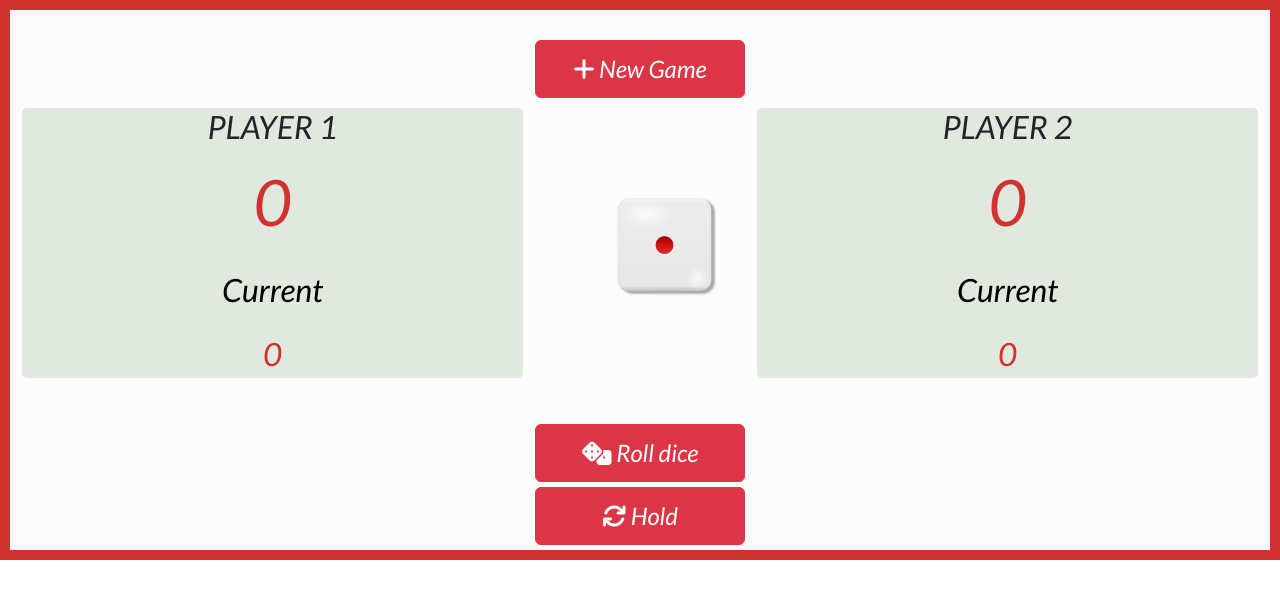
Repository: haifabilel/Eval_JAVASCRIPT
Page: index.html
These files come from the project's save history. The page is drawn as it stood at one moment and after the next save; the edit follows.
The browser window is 1280 px wide. The pictures show the whole page.
Some web libraries are served in a nearby version.

Above is the page before, as saved 2023-06-05 18:02:33.

### index.html
<!DOCTYPE html>
<html lang="fr">
<head>
    <meta charset="UTF-8">
    <meta http-equiv="X-UA-Compatible" content="IE=edge">
    <meta name="viewport" content="width=device-width, initial-scale=1.0">
    <title>GameEval</title>
    <!-- Bootstrap -->
    <link href="https://cdn.jsdelivr.net/npm/bootstrap@5.3.0-alpha3/dist/css/bootstrap.min.css" rel="stylesheet" integrity="sha384-KK94CHFLLe+nY2dmCWGMq91rCGa5gtU4mk92HdvYe+M/SXH301p5ILy+dN9+nJOZ" crossorigin="anonymous">
    <!-- Bootstrap icons CSS -->
    <link rel="stylesheet" href="https://cdn.jsdelivr.net/npm/bootstrap-icons@1.6.1/font/bootstrap-icons.css">
    <!-- font awesome cdn link-->
    <link rel="stylesheet" href="https://cdnjs.cloudflare.com/ajax/libs/font-awesome/6.3.0/css/all.min.css" integrity="sha512-SzlrxWUlpfuzQ+pcUCosxcglQRNAq/DZjVsC0lE40xsADsfeQoEypE+enwcOiGjk/bSuGGKHEyjSoQ1zVisanQ==" crossorigin="anonymous" referrerpolicy="no-referrer">
    <!-- CSS Link -->
    <link rel="stylesheet" href="style.css">
</head>
<body>
    <div class="container-fluid" >
     <header>
         <button class="btn btn_newGame btn-danger"><i class="fa-solid fa-plus"></i> New Game</button>
    </header>
    <main>
        <div class="row">
            <!-- Player One  -->
            <div class="col-xm-12 col-md-5 mx-auto " >
                <section class="player player_0 player_active">
                    <h2 class="label" id="label_0">PLAYER 1</h2>
                    <p class="score" id="score_0" >0</p>
                    <div class="current">
                        <p class="current_label">Current</p>
                        <p class="current_score" id="current_0">0</p>
                    </div>
                </section>
            </div>
            <!-- Dice image -->
            <div class="col-xm-12 col-md-2 mx-auto">
                <img src="/asset/dice1.png" alt="imageDice" class="dice img-fluid" style="width: 100px;">
            </div>
             <!-- Player Tow  -->
             <div class="col-xm-12 col-md-5 mx-auto ">
                <section class="player player_1">
                    <h2 class="label" id="label_1">PLAYER 2</h2>
                    <p class="score" id="score_1">0</p>
                    <div class="current">
                        <p class="current_label">Current</p>
                        <p class="current_score" id="current_1">0</p>
                    </div>
                </section>
             </div>
        </div>
    </main>
    <!-- Button RollDice -->
    <div class="button_roll">
        <button class="btn btn_roll btn-danger"><i class="fa-solid fa-dice"></i> Roll dice</button>
    </div>
    <div class="button_hold">
        <button class="btn btn_hold btn-danger"><i class="fa-solid fa-arrows-rotate"></i> Hold</button>
    </div>
    </div>


    <script src="https://code.jquery.com/jquery-3.5.1.slim.min.js" integrity="sha384-DfXdz2htPH0lsSSs5nCTpuj/zy4C+OGpamoFVy38MVBnE+IbbVYUew+OrCXaRkfj" crossorigin="anonymous"></script>
    <script src="https://cdn.jsdelivr.net/npm/popper.js@1.16.0/dist/umd/popper.min.js" integrity="sha384-Q6E9RHvbIyZFJoft+2mJbHaEWldlvI9IOYy5n3zV9zzTtmI3UksdQRVvoxMfooAo" crossorigin="anonymous"></script>
    <script src="https://cdn.jsdelivr.net/npm/bootstrap@5.3.0-alpha3/dist/js/bootstrap.bundle.min.js" integrity="sha384-ENjdO4Dr2bkBIFxQpeoTz1HIcje39Wm4jDKdf19U8gI4ddQ3GYNS7NTKfAdVQSZe" crossorigin="anonymous"></script>
    <script src="script.js"></script>
</body>
</html>

### style.css
@import url('https://fonts.googleapis.com/css2?family=Lato:ital,wght@1,300;1,400;1,700&display=swap');
*{
    font-family: Lato;
}
.container-fluid{
    box-shadow:0.5rem 1 rem rgba(0,0,0,.5);
    background-color: #fdfcfc;
    width:100%;
    height: 100%;
    border: 10px solid  #d13131;

}
.row{
    margin-top:80px;
}
/* Playerss */
.player_0 , .player_1{
    background-color:#a3c09e51;
    text-align:center;
    border-radius:5px;
    margin-top:-70px;

}

/* Current */
.current{

    width:30%;
    font-size:1.5rem;
    border-radius:5%;
    text-align:center;
    margin-left :35%;
    color:black;
    font-size:2rem;
}
/* Scors */
.score{
    color:#d13131;
    font-size:4rem;
}
.current_score{
    color:#d13131;
    font-size:2rem;
}
/* Buttons */
.btn_roll{
    margin-left:41.5%;
    margin-top:30px;
    width:17%;
    font-size:1.5rem;
    padding:10px;

}
.btn_hold{
    padding:10px;
    margin-left:41.5%;
    margin-top:5px;
    margin-bottom:5px;
    width:17%;
    font-size:1.5rem;
}
.btn_newGame{
    margin-top:30px;
    padding: 10px;
    margin-left:41.5%;
    width:17%;
    font-size:1.5rem;
}
.btn_hold:hover{
    transform:scale(1.1);
    background-color:darkred;
}
.btn_roll:hover{
    transform:scale(1.1);
    background-color:darkred;
}
.btn_newGame:hover{
    transform:scale(1.1);
    background-color:darkred;
}

/* Image Dice */
img{
    margin:20px 70px;
}
.hidden{
    display:none;
}
.player_winn{
    background:url(/asset/golden-winners-cup_1284-18399.avif);
    background-size: cover;
    background-position:center;


}
.player_winn1{
    background-color:rgba(228, 129, 129, 0.384);
}
/* Mode mobile */
@media screen and (max-width:576px){
    h2{
        font-size:2rem;
    }
    .player_1{
        margin-top:10px;
    }
    .score{
        color:#d13131;
        font-size:2rem;
        margin-top:-10px;
    }
    .current_score{
        margin-top:-10px;
        font-size:1.5rem;
    }
    img{
        width:20px;
        margin-left:37%;
        margin-top:0;
    }
    .btn_roll, .btn_hold, .btn_newGame{
        width:60%;
        padding:5px;
        margin-left:20%;
        margin-top: 5px;
    }
    .current{
        font-size:1.5rem;
        margin-top:-20px;
    }



}

### script.js
//Players
const playerOne = document.getElementById('player_0');
const playerTow = document.getElementById('player_1');
//Score
const score0 = document.getElementById('score_0');
const score1 = document.getElementById('score_1');
//Dice
const dice = document.querySelector('.dice');
//buttons
const buttonRoll = document.querySelector('.btn_roll');
const buttonHold = document.querySelector('.btn_hold');
const buttonNewGame = document.querySelector('.btn_newGame');
//Current
const current0 = document.getElementById('current_0');
const current1 = document.getElementById('current_1');

score0.textContent = 0 ;
score1.textContent = 0 ;


let scores = [0 , 0]
let activePlayer = 0 ;
let currentScore = 0 ;

const switchPlayer = function(){
    document.getElementById(`current_${activePlayer}`).textContent = 0;
    document.querySelector(`.player_${activePlayer}`).classList.remove('player_winn1');
    activePlayer = activePlayer === 0 ? 1 : 0;
    currentScore = 0;
    playerOne.classList.toggle("player_active");
    playerTow.classList.toggle("player_active");




}
//buttonRoll
buttonRoll.addEventListener("click", function() {
    dice.classList.remove("hidden");



    //Generate number 1 to 6
    const diceRandom = Math.floor(Math.random() * 6) + 1;
    dice.src =`/asset/dice${diceRandom}.png`

//   Sound game
const audio = new Audio('/asset/programmation-web_de-2_asset_son.mp3');

const lanseSon = function() {
    audio.play()
}
audio.addEventListener('canplaythrough', lanseSon);

//Rolled
if(diceRandom !==1){
    currentScore += diceRandom;
    document.getElementById(`current_${activePlayer}`).textContent = currentScore;
    document.querySelector(`.player_${activePlayer}`).classList.add('player_winn1');

}else{
    //Switch Player
    switchPlayer();
}
});
//ButtonHold
buttonHold.addEventListener('click',function(){
    scores[activePlayer] += currentScore;
    document.querySelector(`.player_${activePlayer}`).classList.remove('player_winn1');
    document.getElementById(`score_${activePlayer}`).textContent = scores[activePlayer];



    if(scores[activePlayer] >=100){
        document.querySelector(`.player_${activePlayer}`).classList.add('player_winn');
        const audio = new Audio('/asset/tadaa-47995.mp3');

        const lanseSon1 = function() {
            audio.play()
        }
        audio.addEventListener('canplaythrough', lanseSon1);


    }else{
        switchPlayer();
    }
});
//  Button NewGame
buttonNewGame.addEventListener ('click',function(){
    document.location.reload()
 })

After the next save:
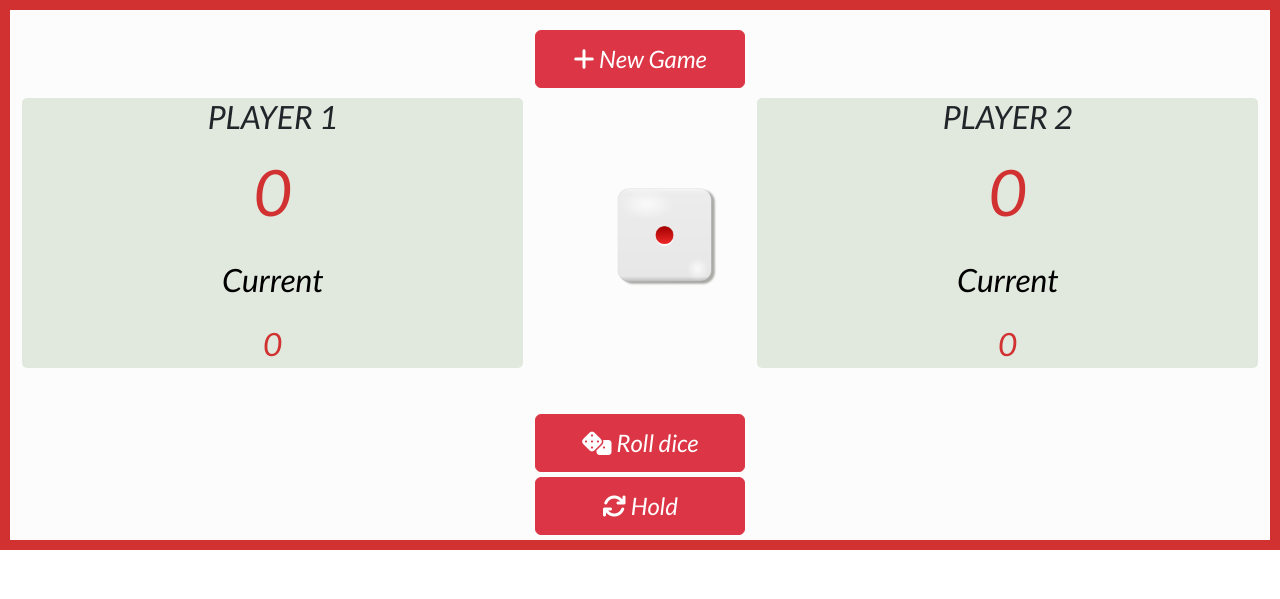
Saved 3 min 22 s later.
--- a/style.css
+++ b/style.css
@@ -60,7 +60,7 @@
     font-size:1.5rem;
 }
 .btn_newGame{
-    margin-top:30px;
+    margin-top:20px;
     padding: 10px;
     margin-left:41.5%;
     width:17%;
